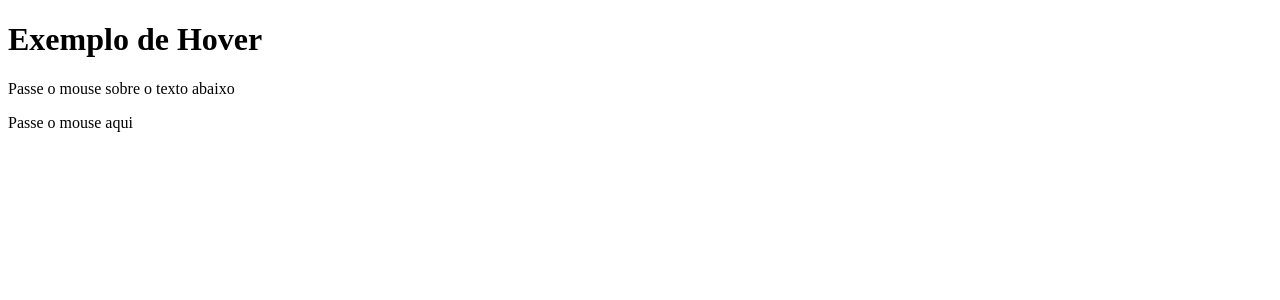
Repository: GabrielTrevisanMargrander/Html-Css
Page: Exercicios/ex020/hover.html
These files come from the project's save history. The page is drawn as it stood at one moment and after the next save; the edit follows.
The browser window is 1280 px wide. The pictures show the whole page.

Above is the page before, as saved 2023-06-20 20:47:00.

### Exercicios/ex020/hover.html
<!DOCTYPE html>
<html lang="pt-br">
<head>
    <meta charset="UTF-8">
    <meta name="viewport" content="width=device-width, initial-scale=1.0">
    <title>Exemplo HOver</title>
</head>
<style>
body{
    font
}

</style>
<body>

    <h1>Exemplo de Hover</h1>
    <p>Passe o mouse sobre o texto abaixo</p>
    <div>Passe o mouse aqui</div>

</body>
</html>

After the next save:
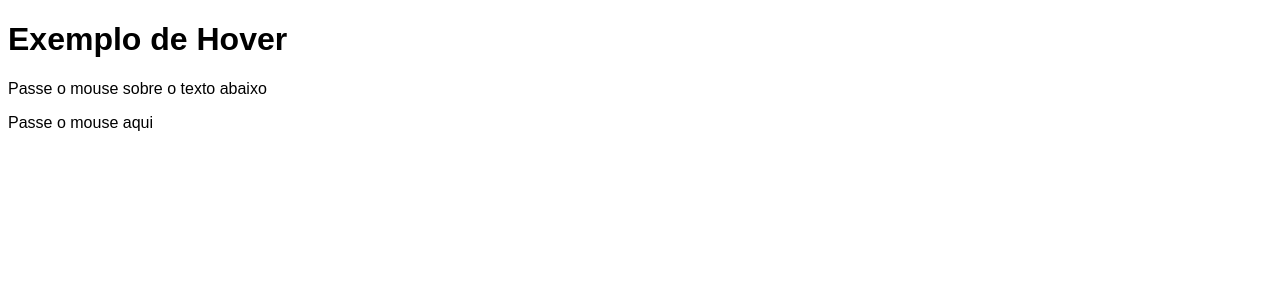
Saved 4 s later.
--- a/Exercicios/ex020/hover.html
+++ b/Exercicios/ex020/hover.html
@@ -7,7 +7,7 @@
 </head>
 <style>
 body{
-    font
+    font-family: Arial, Helvetica, sans-serif;
 }
 
 </style>
